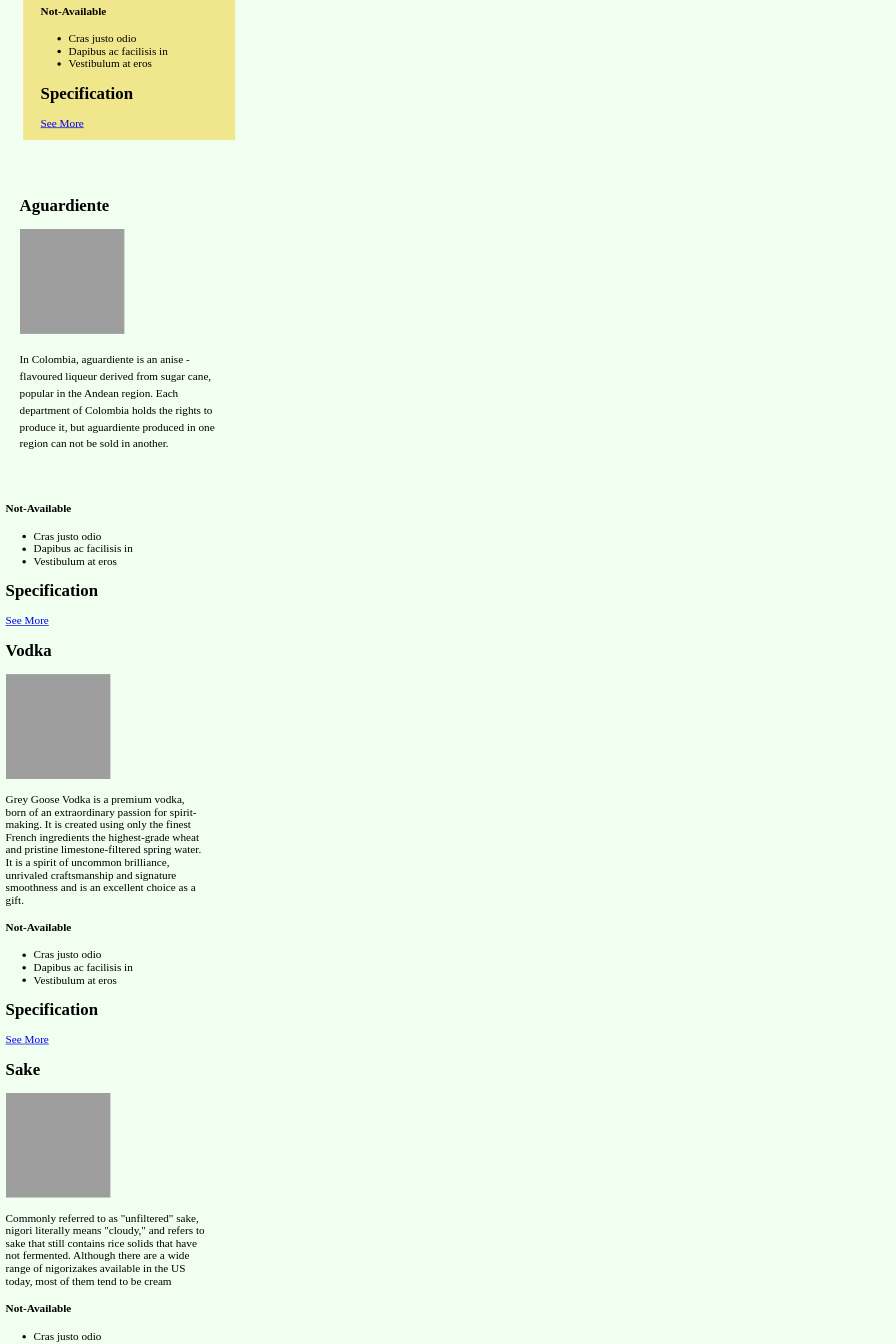
Repository: ZamlZam/REPO-11
Page: product-cards/index.html
An editor plug-in stored every save of this project. The page is shown before and after a run of saves, followed by the edit.
The browser window is 1280 px wide. The pictures show the part of the page from y = 1350 to 3270 px (the page is 3396 px tall before and 3476 px after), at 70% of full size.
Pictures or frames that could not be fetched are drawn as grey boxes.

Above is the page before, as saved 2023-04-14 20:34:25.

### product-cards/index.html
<!DOCTYPE html>
<html lang="en">
<head>
  <meta charset="UTF-8">
  <meta http-equiv="X-UA-Compatible" content="IE=edge">
  <meta name="viewport" content="width=device-width, initial-scale=1.0">
  <title>Document</title>
  <link rel="stylesheet" href="main.css">
</head>
<body>

  <div class ="wrapper">
    <div class="header"> ZamZam's Distillery</div>

  <div class="card-wrap">
    <div class="card-item">
    <div class="card1" style="width: 18rem;">
      <h2 class="whiskey">Jack Daniel</h2>
     <img src="https://www.finewinedelivery.co.nz/content/products/original/16561.jpg?width=1136" height = "150px" width="150px" alt="">
    <div class="card-body">

      <p class="card-text">Jack Daniel's is a Tennessee whiskey that has been around since the 1800s. It is the world's top-selling American whiskey and is considered very smooth.</p>
    </div>
  </div>
    <h4 class="Available">Not-Available</h4>
    <ul class="list-group list-group-flush">
      <li class="list-group-item">Cras justo odio</li>
      <li class="list-group-item">Dapibus ac facilisis in</li>
      <li class="list-group-item">Vestibulum at eros</li>
    </ul>
    <h2 class="specification">Specification</h2>
    <div class="card-body">
      <a href="#" class="btn btn-primary">See More</a>

    </div>
  </div>
  </div>
  </div>

  <div class="card-wrap2">
    <div class="card-item2">
    <div class="card2" style="width: 18rem;">
      <h2 class="tequila">Patron</h2>
     <img src="https://th.bing.com/th/id/OIP.omD1u9-5BvE0kcntTUyq4AHaGJ?pid=ImgDet&rs=1" height = "150px" width="150px" alt="">
    <div class="card-body2">

      <p class="card-text2">Patrón is a popular tequila brand, and its Silver Tequila is one of the hottest spirits on the market. Distilled in Jalisco, Mexico, from blue Weber agave, it's widely distributed and found in almost every bar and liquor store.</p>
    </div>
  </div>
    <h4 class="Available">Not-Available</h4>
    <ul class="list-group list-group-flush">
      <li class="list-group-item">Cras justo odio</li>
      <li class="list-group-item">Dapibus ac facilisis in</li>
      <li class="list-group-item">Vestibulum at eros</li>
    </ul>
    <h2 class="specification">Specification</h2>
    <div class="card-body">
      <a href="#" class="btn btn-primary">See More</a>

    </div>
  </div>
  </div>
</div>

<div class="card-wrap3">
  <div class="card-item3">
  <div class="card3" style="width: 18rem;">
    <h2 class="rum">Aguardiente</h2>
   <img src="https://s.cornershopapp.com/product-images/1050370.jpg?versionId=xuP.iP5MiWyH4wgZVeVdTTerM65pvh4C" height = "150px" width="150px" alt="">
  <div class="card-body3">

    <p class="card-text3">In Colombia, aguardiente is an anise -flavoured liqueur derived from sugar cane, popular in the Andean region. Each department of Colombia holds the rights to produce it, but aguardiente produced in one region can not be sold in another.</p>
  </div>
</div>
  <h4 class="Available">Not-Available</h4>
  <ul class="list-group list-group-flush">
    <li class="list-group-item">Cras justo odio</li>
    <li class="list-group-item">Dapibus ac facilisis in</li>
    <li class="list-group-item">Vestibulum at eros</li>
  </ul>
  <h2 class="specification">Specification</h2>
  <div class="card-body">
    <a href="#" class="btn btn-primary">See More</a>

  </div>
</div>
</div>
</div>

<div class="card-wrap4">
  <div class="card-item4">
  <div class="card4" style="width: 18rem;">
    <h2 class="Vodka">Vodka</h2>
   <img src="https://th.bing.com/th/id/OIP.A0LuDfu3pj8rYBoiSEGyLwHaNo?pid=ImgDet&rs=1" height = "150px" width="150px" alt="">
  <div class="card-body4">

    <p class="card-text4">Grey Goose Vodka is a premium vodka, born of an extraordinary passion for spirit-making. It is created using only the finest French ingredients the highest-grade wheat and pristine limestone-filtered spring water. It is a spirit of uncommon brilliance, unrivaled craftsmanship and signature smoothness and is an excellent choice as a gift.</p>
  </div>
</div>
  <h4 class="Available">Not-Available</h4>
  <ul class="list-group list-group-flush">
    <li class="list-group-item">Cras justo odio</li>
    <li class="list-group-item">Dapibus ac facilisis in</li>
    <li class="list-group-item">Vestibulum at eros</li>
  </ul>
  <h2 class="specification">Specification</h2>
  <div class="card-body">
    <a href="#" class="btn btn-primary">See More</a>

  </div>
</div>
</div>
</div>

<div class="card-wrap5">
  <div class="card-item5">
  <div class="card5" style="width: 18rem;">
    <h2 class="Sake">Sake</h2>
   <img src="https://www.wespeakwine.com/resize/Shared/Images/Product/Ohyama-Tokubetsu-Junmai-Nigori-Big-Mountain-Cloudy-Sake-500ML/ohyama_nigori_bottle.jpg?lr=t&bw=600&bh=600" height = "150px" width="150px" alt="">
  <div class="card-body5">

    <p class="card-text5">Commonly referred to as "unfiltered" sake, nigori literally means "cloudy," and refers to sake that still contains rice solids that have not fermented. Although there are a wide range of nigorizakes available in the US today, most of them tend to be cream</p>
  </div>
</div>
  <h4 class="Available">Not-Available</h4>
  <ul class="list-group list-group-flush">
    <li class="list-group-item">Cras justo odio</li>
    <li class="list-group-item">Dapibus ac facilisis in</li>
    <li class="list-group-item">Vestibulum at eros</li>
  </ul>
  <h2 class="specification">Specification</h2>
  <div class="card-body">
    <a href="#" class="btn btn-primary">See More</a>

  </div>
</div>
</div>
</div>
</body>


</html>

### product-cards/main.css
body{
  background-color:honeydew;
}

.wrapper .header {
  width: 100%;
  height: 50px;
  background: lightgreen;
  color: lightcoral;
  text-align: center;
  align-items: center;
  font-size: 30px;
  display:flex;
  justify-content: center;
  font-weight:500;
}

.card-wrap {
  padding: 25px;

  width: 20%;
  height: 100%;
  display: flex;
  justify-content: space-between;
  flex-wrap: wrap;
}

.card-wrap .card-item {
  padding: 15px 25px;
  width: 100%;
  background-color:khaki;
}

.card-wrap .card1 {
  padding: 35px 20px;
  border-radius: 5px;
  min-width: 225px;
  min-height: 300px;

}

.card-wrap .card1 img{
  margin-bottom: 5px;



}

.card-wrap .card1 .whiskey{
  color:teal;
  font-weight: 900;
  letter-spacing: 2px;
  font-size: 35px;
  white-space: nowrap;
  justify-content: center;
  text-align: center;
  align-items: center;
}

.card-wrap .card1 .card-body{
  font-style: 14px;
  line-height: 24px;
  color:black;
}

/**/

.card-wrap2 {
  padding: 25px;

  width: 20%;
  height: 100%;
  display: flex;
  justify-content: space-between;
  flex-wrap: wrap;
}

.card-wrap2 .card-item2 {
  padding: 15px 25px;
  width: 100%;
  background-color:khaki;
}

.card-wrap2 .card2 {
  padding: 35px 20px;
  border-radius: 5px;
  min-width: 225px;
  min-height: 300px;

}

.card-wrap2 .card2 img{
  margin-bottom: 5px;
}

.card-wrap2 .card2 .tequila{
  color:mediumaquamarine;
  font-weight: 900;
  letter-spacing: 2px;
  font-size: 35px;
  white-space: nowrap;
  justify-content: center;
  text-align: center;
  align-items: center;
}

.card-wrap2 .card2 .card-body2{
  font-style: 14px;
  line-height: 24px;
  color:black;
}

/**/

.card-wrap2 {
  padding: 25px;

  width: 20%;
  height: 100%;
  display: flex;
  justify-content: space-between;
  flex-wrap: wrap;
}

.card-wrap2 .card-item3 {
  padding: 15px 25px;
  width: 100%;
  background-color:khaki;
}

.card-wrap3 .card3 {
  padding: 35px 20px;
  border-radius: 5px;
  min-width: 225px;
  min-height: 300px;

}

.card-wrap3 .card3 img{
  margin-bottom: 5px;
}

.card-wrap23 .card3 .tequila{
  color:mediumaquamarine;
  font-weight: 900;
  letter-spacing: 2px;
  font-size: 35px;
  white-space: nowrap;
  justify-content: center;
  text-align: center;
  align-items: center;
}

.card-wrap3 .card3 .card-body3{
  font-style: 14px;
  line-height: 24px;
  color:black;
}

After the next 2 saves:
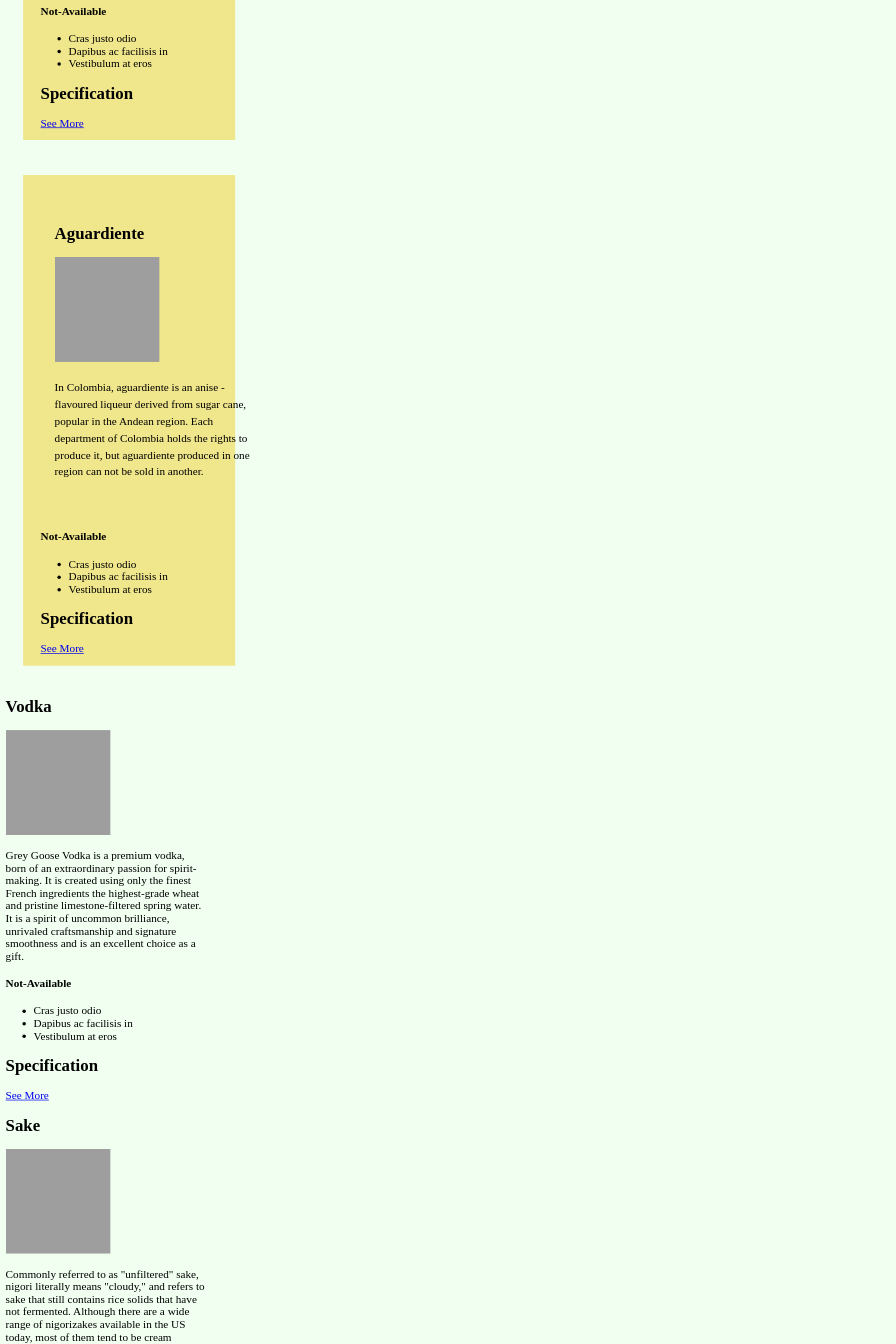
The 2 saves are shown as one change because they came seconds apart.
The last was saved 7 s later.
--- a/product-cards/main.css
+++ b/product-cards/main.css
@@ -112,7 +112,7 @@
 
 /**/
 
-.card-wrap2 {
+.card-wrap3 {
   padding: 25px;
 
   width: 20%;
@@ -122,7 +122,7 @@
   flex-wrap: wrap;
 }
 
-.card-wrap2 .card-item3 {
+.card-wrap3 .card-item3 {
   padding: 15px 25px;
   width: 100%;
   background-color:khaki;
